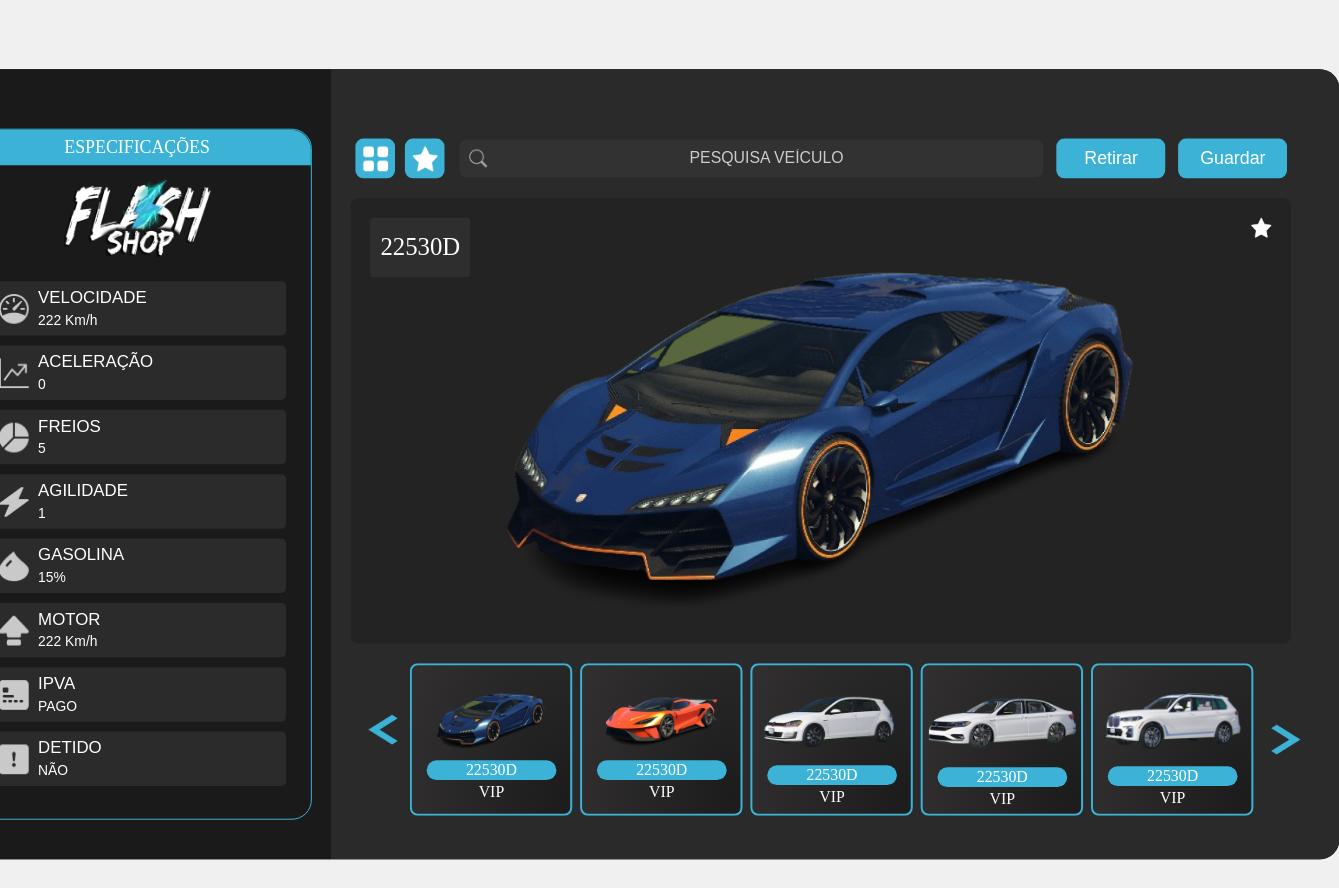
Repository: DuMCorrea/Garagem
Page: index.html
The author's editor kept a copy of each file at every save. The page is drawn from the files as they stood at one save, then again after the next save.
The browser window is 1280 px wide. The page is 1353 px wide, so the pictures cover 1353 px, including what lies to the right of the window. The pictures show the whole page, at 99% of full size.
Some web fonts or font styles are not loaded; a fallback is used.

Above is the page before, as saved 2024-08-22 19:56:32.

### index.html
<!DOCTYPE html>
<html lang="pt-BR">
<head>
    <meta charset="UTF-8">
    <meta name="viewport" content="width=device-width, initial-scale=1.0">
    <link href="https://fonts.googleapis.com/css2?family=Baloo+Bhai&display=swap" rel="stylesheet">
    <title>Div Principal</title>
    <link rel="stylesheet" href="styles.css">
</head>
<body>
    <div class="div-principal">
        <div class="div-esquerda">
            <div class="retangulo-informacoes-3 duplicadoo">
                <img src="assets/FlashStore 2.png" alt="Imagem Mecânico" class="imagem-mecanico">
                <div class="titulo-retangulo">ESPECIFICAÇÕES</div>
                <div class="saldo-conteudo">
                    <div class="saldo-item">
                        <img src="assets/Velo.png" alt="Imagem de Carteira" class="saldo-imagem">
                        <div class="saldo-texto">
                            <p class="saldo-titulo">VELOCIDADE</p>
                            <p class="saldo-valor">222 Km/h</p>
                        </div>
                    </div>
                    <div class="saldo-item">
                        <img src="assets/Ace.png" alt="Imagem de Carteira" class="saldo-imagem">
                        <div class="saldo-texto">
                            <p class="saldo-titulo">ACELERAÇÃO</p>
                            <p class="saldo-valor">0</p>
                        </div>
                    </div>
                    <div class="saldo-item">
                        <img src="assets/Freios.png" alt="Imagem de Carteira" class="saldo-imagem">
                        <div class="saldo-texto">
                            <p class="saldo-titulo">FREIOS</p>
                            <p class="saldo-valor">5</p>
                        </div>
                    </div>
                    <div class="saldo-item">
                        <img src="assets/Agi.png" alt="Imagem de Carteira" class="saldo-imagem">
                        <div class="saldo-texto">
                            <p class="saldo-titulo">AGILIDADE</p>
                            <p class="saldo-valor">1</p>
                        </div>
                    </div>
                    <div class="saldo-item">
                        <img src="assets/Gaso.png" alt="Imagem de Carteira" class="saldo-imagem">
                        <div class="saldo-texto">
                            <p class="saldo-titulo">GASOLINA</p>
                            <p class="saldo-valor">15%</p>
                        </div>
                    </div>
                    <div class="saldo-item">
                        <img src="assets/Motor.png" alt="Imagem de Carteira" class="saldo-imagem">
                        <div class="saldo-texto">
                            <p class="saldo-titulo">MOTOR</p>
                            <p class="saldo-valor">222 Km/h</p>
                        </div>
                    </div>
                    <div class="saldo-item">
                        <img src="assets/Ipva.png" alt="Imagem de Carteira" class="saldo-imagem">
                        <div class="saldo-texto">
                            <p class="saldo-titulo">IPVA</p>
                            <p class="saldo-valor">PAGO</p>
                        </div>
                    </div>
                    <div class="saldo-item">
                        <img src="assets/Detido.png" alt="Imagem de Carteira" class="saldo-imagem">
                        <div class="saldo-texto">
                            <p class="saldo-titulo">DETIDO</p>
                            <p class="saldo-valor">NÃO</p>
                        </div>
                    </div>

                </div>
            </div>
        </div>


        <div class="div-direita">
            <div class="retangulo-fundo">
                <!-- Adicionando os quadrados e o input de pesquisa ao fundo -->
                <div class="container-quadrados">
                    <button class="botao-quadrado-azul">
                        <img src="assets/4Quadrados.png" alt="Ícone 1" class="pequena-imagem">
                    </button>
                    <button class="botao-quadrado-azul">
                        <img src="assets/estrela.png" alt="Ícone 2" class="pequena-imagem">
                    </button>
                    <div class="input-container">
                        <input type="text" class="input-pesquisa" placeholder="PESQUISA VEÍCULO">
                        <button class="botao-icone-pesquisa">
                            <img src="assets/lupa (2).png" alt="Ícone Pesquisa" class="icone-pesquisa">
                        </button>
                        <!-- Novos retângulos ao lado do input -->
                        <button class="botao-retangulo-azul">Retirar</button>
                        <button class="botao-retangulo-azul">Guardar</button>
                    </div>
                </div>

                <div class="codigo-overlay">22530D</div>
                <img src="assets/CarroMaior.png" alt="Imagem Central" class="imagem-central">
                <img src="assets/Estrela.png" alt="Ícone Superior Direito" class="imagem-direita">
            </div>

            <!-- Nova seção para os cards com fundo retangular azul claro -->
            <div class="fundo-cards">
                <img src="assets/menorMaior.png" alt="Seta Esquerda" class="seta-esquerda">
                <div class="cards-container">
                    <div class="card">
                        <img src="assets/carro1.png" alt="Card 1" class="card-image">
                        <div class="card-content">
                            <div class="card-code">22530D</div>
                            <div class="card-vip">VIP</div>
                        </div>
                    </div>
                    <div class="card">
                        <img src="assets/carro2.png" alt="Card 2" class="card-image">
                        <div class="card-content">
                            <div class="card-code">22530D</div>
                            <div class="card-vip">VIP</div>
                        </div>
                    </div>
                    <div class="card">
                        <img src="assets/carro3.png" alt="Card 3" class="card-image2">
                        <div class="card-content">
                            <div class="card-code">22530D</div>
                            <div class="card-vip">VIP</div>
                        </div>
                    </div>
                    <div class="card">
                        <img src="assets/carro4.png" alt="Card 4" class="card-image3">
                        <div class="card-content">
                            <div class="card-code">22530D</div>
                            <div class="card-vip">VIP</div>
                        </div>
                    </div>
                    <div class="card">
                        <img src="assets/carro5.png" alt="Card 5" class="card-image4">
                        <div class="card-content">
                            <div class="card-code">22530D</div>
                            <div class="card-vip">VIP</div>
                        </div>
                    </div>
                    <img src="assets/maiorMenor.png" alt="Seta Direita" class="seta-direita">
                </div>
            </div>
        </div>







    </div>
</body>
</html>

### styles.css
body {
    display: flex;
    flex-direction: column;
    align-items: center;
    margin: 0;
    background-color: #f0f0f0;
    font-family: 'Baloo Bhai';
    overflow-y: auto;
    margin-top: 70px;
}

.div-principal {
    position: relative;
    display: flex;
    width: 1425px;
    height: 798px;
    border-radius: 20px;
    background-color: #010101;
    margin-bottom: 20px;
}

.div-esquerda {
    width: 27%; /* Ocupa 30% da largura da div-principal */
    background-color: #1A1A1A; /* Cor de fundo diferente para destaque */
    border-radius: 20px 0px 0px 20px; /* Canto arredondado na esquerda */
    padding: 20px;
}

.div-direita {
    width: 72%; /* Ocupa 70% da largura da div-principal */
    background-color: #2A2A2A; /* Cor de fundo diferente para destaque */
    border-radius: 0px 20px 20px 0px; /* Canto arredondado na direita */
    padding: 20px;
}

.retangulo-informacoes-3 {
    width: 320px;
    height: 232px;
    position: absolute;
    top: 580px;
    left: 462px;
    border-radius: 20px;
    border: 1px solid #3CB3D6;
    background-color: rgba(0, 0, 0, 0); /* Ajuste da opacidade de fundo */
    opacity: 1; /* Visibilidade ativada */
}
.duplicadoo {
    width: 350px;
    height: 696px;
    position: absolute;
    top: 60px;
    left: 35px;
    border-radius: 20px;
    border: 1px solid #3CB3D6;
    background-color: rgba(0, 0, 0, 0); /* Ajuste da opacidade de fundo */
    opacity: 1; /* Visibilidade ativada */
}

.titulo-retangulo {
    width: 100%; /* Ajusta a largura ao do retângulo */
    height: 36px;
    background: #3CB3D6; /* Cor de fundo */
    border-radius: 20px 20px 0 0; /* Arredonda apenas os cantos superiores */
    color: white; /* Cor do texto */
    font-size: 18px; /* Tamanho do texto */
    line-height: 36px; /* Centraliza verticalmente o texto */
    text-align: center; /* Centraliza horizontalmente o texto */
    position: absolute;
    top: 0; /* Alinha o título ao topo do retângulo */
    left: 0; /* Alinha o título à esquerda do retângulo */
}

.status-rectangle {
    width: 300px;
    height: 35px;
    position: absolute;
    top: 130px;
    left: 16px;
    display: flex;
    align-items: center;
    justify-content: space-between; /* Ajuste para espaçar os textos */
    padding: 0 10px; /* Adicione um pequeno padding para afastar o texto das bordas */
    border-radius: 5px;
    opacity: 1; /* Tornar o retângulo visível */
    background: #37373796;
  }
  .status-text {
    font-size: 14px;
    color: #fff;
    font-family: 'Baloo Bhai', sans-serif;
  }

  .imagem-mecanico {
    display: block;
    margin: 0 auto; /* Centraliza a imagem horizontalmente */
    width: 50%; /* Ajuste a largura da imagem conforme necessário */
    height: 25%; /* Ajuste a altura da imagem conforme necessário */
    position: absolute;
    top: 0px; /* Ajuste a posição vertical da imagem */
    left: 50%;
    transform: translateX(-50%); /* Centraliza a imagem em relação ao retângulo */
}








.saldo-imagem {
    width: 30px;
    height: 30px;
    margin-right: 10px; /* Espaçamento entre a imagem e o texto */
}
.saldo-conteudo {
    display: flex;
    flex-direction: column;
    align-items: center;
    justify-content: center;
    height: 100%;
    padding: 10px;
    gap: 10px; /* Espaçamento entre os retângulos */
    margin-top: 50px;
}

.saldo-item {
    display: flex;
    align-items: center;
    width: 280px;
    height: 35px;
    border-radius: 5px;
    background: #37373796;
    padding: 10px;
}

.saldo-texto {
    display: flex;
    flex-direction: column;
    gap: 2px; /* Espaçamento reduzido entre o título e o valor */
    font-family: 'Baloo Bhai', sans-serif;


}

.saldo-titulo {
    font-family: 'Baloo Bhai', sans-serif;
    font-size: 17px;
    font-weight: 400;
    line-height: 20px; /* Ajuste na altura da linha para deixar os textos mais próximos */
    text-align: left;
    color: white;
    margin: 0;
}
.saldo-valor {
    font-family: 'Baloo Bhai', sans-serif;
    font-size: 14px;
    font-weight: 400;
    line-height: 20px; /* Ajuste na altura da linha para deixar os textos mais próximos */
    text-align: left;
    color: white;
    margin: 0;
}



/* DIV DA DIREITA */

/* Estilo para o contêiner dos quadrados e do input de pesquisa */
.container-quadrados {
    position: absolute;
    top: -60px; /* Ajuste para posicionar os quadrados acima do fundo */
    left: 5px; /* Ajuste para mover os quadrados mais para a esquerda */
    display: flex;
    gap: 10px; /* Espaçamento entre os quadrados e o input */
}

.botao-quadrado-azul {
    width: 40px; /* Tamanho do quadrado */
    height: 40px; /* Tamanho do quadrado */
    background-color: #3CB3D6; /* Cor de fundo azul claro */
    display: flex;
    justify-content: center;
    align-items: center;
    border: none; /* Remove a borda padrão */
    border-radius: 8px; /* Bordas arredondadas */
    cursor: pointer; /* Indica que o elemento é clicável */
    padding: 0; /* Remove o padding padrão do botão */
    margin: 0; /* Remove a margem padrão do botão */
}

.pequena-imagem {
    width: 25px; /* Tamanho da imagem */
    height: 25px;
}

/* Estilo para o contêiner do input e ícone */
.input-container {
    position: relative; /* Define o contexto para o ícone */
    margin-left: 5px; /* Espaçamento entre os quadrados e o input */
}

/* Estilo para o input de pesquisa */
.input-pesquisa {
    padding: 10px 10px 10px 40px; /* Espaçamento interno, espaço adicional à esquerda para o ícone */
    width: 540px; /* Largura do input */
    background: rgba(62, 62, 62, 0.42); /* Cor de fundo com opacidade */
    border: none; /* Remove a borda padrão */
    border-radius: 8px; /* Bordas arredondadas */
    color: #fff; /* Cor do texto */
    font-size: 16px; /* Tamanho da fonte */
    text-align: center; /* Centraliza o texto do placeholder */
}

.input-pesquisa::placeholder {
    color: #ccc; /* Cor do placeholder */
}

/* Estilo para o botão da lupa */
.botao-icone-pesquisa {
    position: absolute; /* Alinha o botão com o input */
    left: 10px; /* Alinha o ícone à esquerda dentro do input */
    top: 50%; /* Alinha verticalmente o ícone no centro */
    transform: translateY(-50%); /* Corrige o alinhamento vertical */
    width: 18px; /* Tamanho do botão */
    height: 18px; /* Tamanho do botão */
    background: transparent; /* Remove o fundo do botão */
    border: none; /* Remove a borda padrão do botão */
    cursor: pointer; /* Indica que o botão é clicável */
    padding: 0; /* Remove o padding padrão do botão */
    display: flex; /* Centraliza o ícone dentro do botão */
    justify-content: center;
    align-items: center;
}
/* Estilo para o ícone dentro do botão */
.botao-icone-pesquisa img {
    width: 18px; /* Tamanho do ícone */
    height: 18px; /* Tamanho do ícone */
}

/* Outros estilos existentes */
.retangulo-fundo {
    width: 950px;
    height: 450px;
    background: rgba(29, 28, 28, 0.48); /* Cor com opacidade */
    border-radius: 8px;
    display: flex;
    justify-content: center;
    align-items: center;
    margin-top: 110px;
    position: relative; /* Define a posição relativa para o fundo */
}

.imagem-central {
    width: 650px;
    height: 378.6px;
}

.codigo-overlay {
    position: absolute;
    top: 20px; /* Ajusta a posição para o canto superior */
    left: 20px; /* Ajusta a posição para o canto esquerdo */
    padding: 5px 10px;
    background: rgba(62, 62, 62, 0.42); /* Cor com opacidade */
    border-radius: 4px;
    color: #fff;
    font-size: 25px;
    line-height: 50px;
}

.imagem-direita {
    position: absolute;
    top: 20px; /* Posição no canto superior */
    right: 20px; /* Posição no canto direito */
    width: 20px; /* Ajuste o tamanho conforme necessário */
    height: 20px; /* Ajuste o tamanho conforme necessário */
}

.botao-quadrado-azul img {
    width: 25px; /* Tamanho da imagem */
    height: 25px;
}
/* Estilo para os botões dos retângulos */
.botao-retangulo-azul {
    width: 110px; /* Largura dos retângulos */
    height: 40px; /* Altura dos retângulos */
    background-color: #3CB3D6; /* Cor de fundo azul claro */
    display: flex;
    justify-content: center;
    align-items: center;
    border: none; /* Remove a borda padrão */
    border-radius: 8px; /* Bordas arredondadas */
    color: #fff; /* Cor do texto */
    font-size: 18px; /* Tamanho da fonte */
    cursor: pointer; /* Indica que o elemento é clicável */
    margin-left: 12px; /* Espaçamento entre o input e os retângulos */
    padding: 0; /* Remove o padding padrão do botão */
}

/* Estilo para o contêiner do input e ícone, ajustando o espaço para os retângulos */
/* Ajusta o contêiner do input e ícone para incluir os botões */
.input-container {
    position: relative; /* Define o contexto para o ícone e botões */
    margin-left: 5px; /* Espaçamento entre os quadrados e o input */
    display: flex; /* Organiza os itens horizontalmente */
    align-items: center; /* Alinha verticalmente os itens */
    gap: 1px; /* Espaçamento entre os itens */
}




/* Estilo para o código do card com fundo retangular azul */
.card-code {
    font-size: 16px; /* Tamanho da fonte ajustado */
    margin-bottom: 3px; /* Espaçamento abaixo do código */
    margin-top: 7px;
    background: #3CB3D6; /* Cor de fundo azul */
    color: #fff; /* Cor do texto branca para contraste */
    padding: 1px 40px; /* Espaçamento interno */
    border-radius: 10px; /* Bordas arredondadas */
    display: inline-block; /* Garante que o fundo azul se ajuste ao texto */
}

/* Estilo para a nova seção de cards */
.cards-container {
    display: flex; /* Organiza os cards horizontalmente */
    justify-content: flex-start; /* Alinha os cards no início da linha */
    flex-wrap: nowrap; /* Não permite quebra de linha, todos os cards na mesma linha */
    gap: 8px; /* Espaçamento entre os cards */
    margin-top: 20px; /* Espaçamento acima dos cards */
    margin-left: -18px; /* Espaçamento à esquerda da div para mover os cards mais para a direita */
    overflow-x: auto; /* Permite rolagem horizontal se os cards não cabem na tela */
}

/* Estilo para cada card */
.card {
    width: 160px; /* Largura aumentada do card */
    height: 150px; /* Altura aumentada do card */
    background: radial-gradient(547.21% 823.76% at 94.51% 88.04%, #1D1C1C 0%, #837E7E 100%); /* Cor de fundo do card */
    border: 2px solid #3CB3D6; /* Borda do card */
    border-radius: 8px; /* Bordas arredondadas */
    display: flex; /* Organiza o conteúdo verticalmente */
    flex-direction: column; /* Organiza os itens na vertical */
    align-items: center; /* Alinha o conteúdo horizontalmente no centro */
    justify-content: center; /* Alinha o conteúdo verticalmente no centro */
    overflow: hidden; /* Esconde qualquer parte do conteúdo que exceda os limites do card */
}

/* Estilo para a imagem do card */
.card-image {
    width: 70%; /* Largura da imagem */
    height: 40%; /* Altura da imagem reduzida */
    object-fit: cover; /* Cobre o espaço do card mantendo a proporção da imagem */
    margin-top: 15px;
}
.card-image2 {
    width: 120%; /* Largura da imagem */
    height: 80%; /* Altura da imagem reduzida */
    object-fit: cover; /* Cobre o espaço do card mantendo a proporção da imagem */
    margin-bottom: -20px;
    margin-top: -14px;
}
.card-image3 {
    width: 110%; /* Largura da imagem */
    height: 80%; /* Altura da imagem reduzida */
    object-fit: cover; /* Cobre o espaço do card mantendo a proporção da imagem */
    margin-bottom: -18px;
    margin-top: -12px;
}
.card-image4 {
    width: 100%; /* Largura da imagem */
    height: 70%; /* Altura da imagem reduzida */
    object-fit: cover; /* Cobre o espaço do card mantendo a proporção da imagem */
    margin-top: 0px;
    margin-bottom: -17px;
}

/* Estilo para o conteúdo do card */
.card-content {
    width: 100%; /* Largura do conteúdo */
    text-align: center; /* Centraliza o texto */
    color: #fff; /* Cor do texto */
    padding: 5px 0; /* Espaçamento interno */
}

/* Estilo para o código do card */
.card-code {
    font-size: 16px; /* Tamanho da fonte ajustado */
    margin-bottom: 3px; /* Espaçamento abaixo do código */
}



/* Estilo para a seta esquerda */
.seta-esquerda {
    width: 30px; /* Ajuste o tamanho conforme necessário */
    height: 30px;
    cursor: pointer; /* Indica que a seta é clicável */
    align-self: center; /* Centraliza verticalmente a seta em relação aos cards */
    margin-right: 30px; /* Espaçamento entre a seta e o primeiro card */
}

/* Estilo para a seta direita */
.seta-direita {
    width: 30px; /* Ajuste o tamanho conforme necessário */
    height: 30px;
    cursor: pointer; /* Indica que a seta é clicável */
    align-self: center; /* Centraliza verticalmente a seta em relação aos cards */
    margin-left: 10px; /* Espaçamento entre a seta e o último card */
}
/* Estilo para a nova seção de cards */
.fundo-cards {
    display: flex; /* Organiza as setas e os cards na horizontal */
    align-items: center; /* Alinha os itens verticalmente ao centro */
    justify-content: center; /* Centraliza o conteúdo */
}

After the next save:
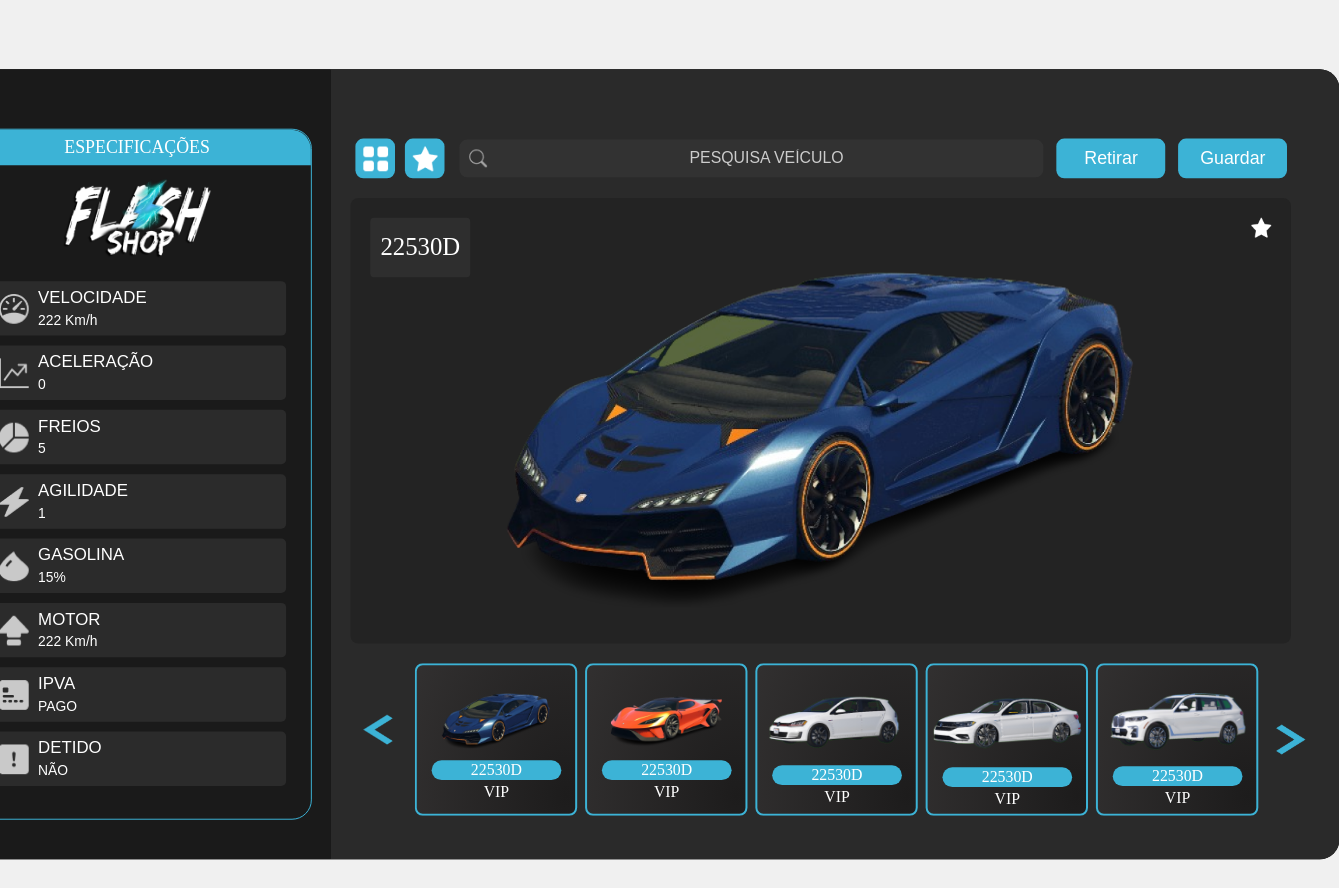
Saved 7 s later.
--- a/styles.css
+++ b/styles.css
@@ -398,7 +398,7 @@
     height: 30px;
     cursor: pointer; /* Indica que a seta é clicável */
     align-self: center; /* Centraliza verticalmente a seta em relação aos cards */
-    margin-right: 30px; /* Espaçamento entre a seta e o primeiro card */
+    margin-right: 40px; /* Espaçamento entre a seta e o primeiro card */
 }
 
 /* Estilo para a seta direita */
